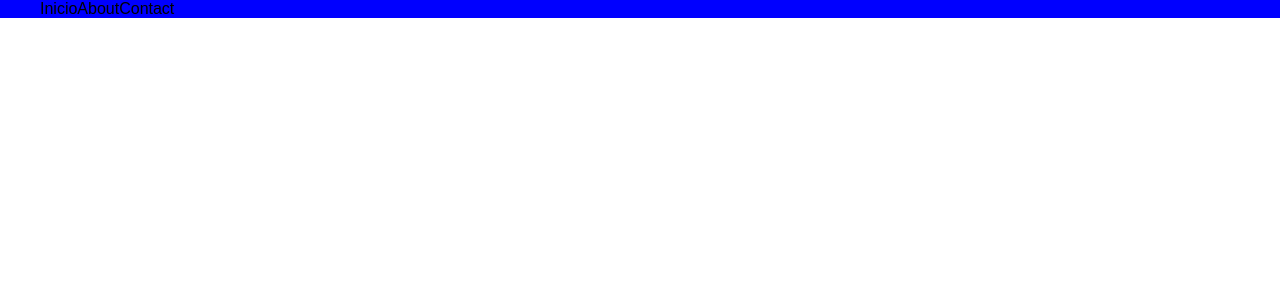
Repository: Toydrum/React-HectorCoronado
Page: /
These files come from the project's save history. The page is drawn as it stood at one moment and after the next save; the edit follows.
The browser window is 1280 px wide. The pictures show the whole page.
The project was rebuilt for these pictures with package versions that can differ from the ones it lists, and the page was loaded fresh each time. Also part of the build but not shown: src/components/Navbar/Navbar.css.

Above is the page before, as saved 2023-06-03 05:23:47.

After the next save:
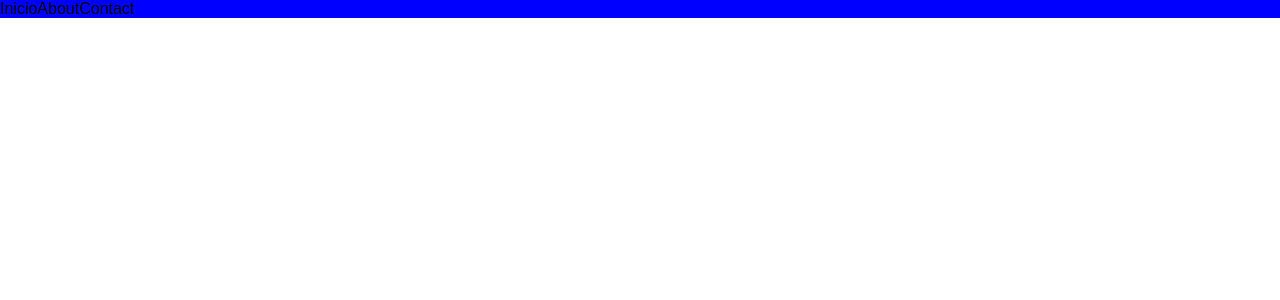
Saved 13 s later.
--- a/src/components/Navbar/Navbar.js
+++ b/src/components/Navbar/Navbar.js
@@ -7,7 +7,8 @@ const styles = {
     listStyleType: "none",
     fontFamily: "sans-serif",
     backgroundColor: "blue",
-    margin:0
+    margin:0,
+    padding:0
   }
 }
 
